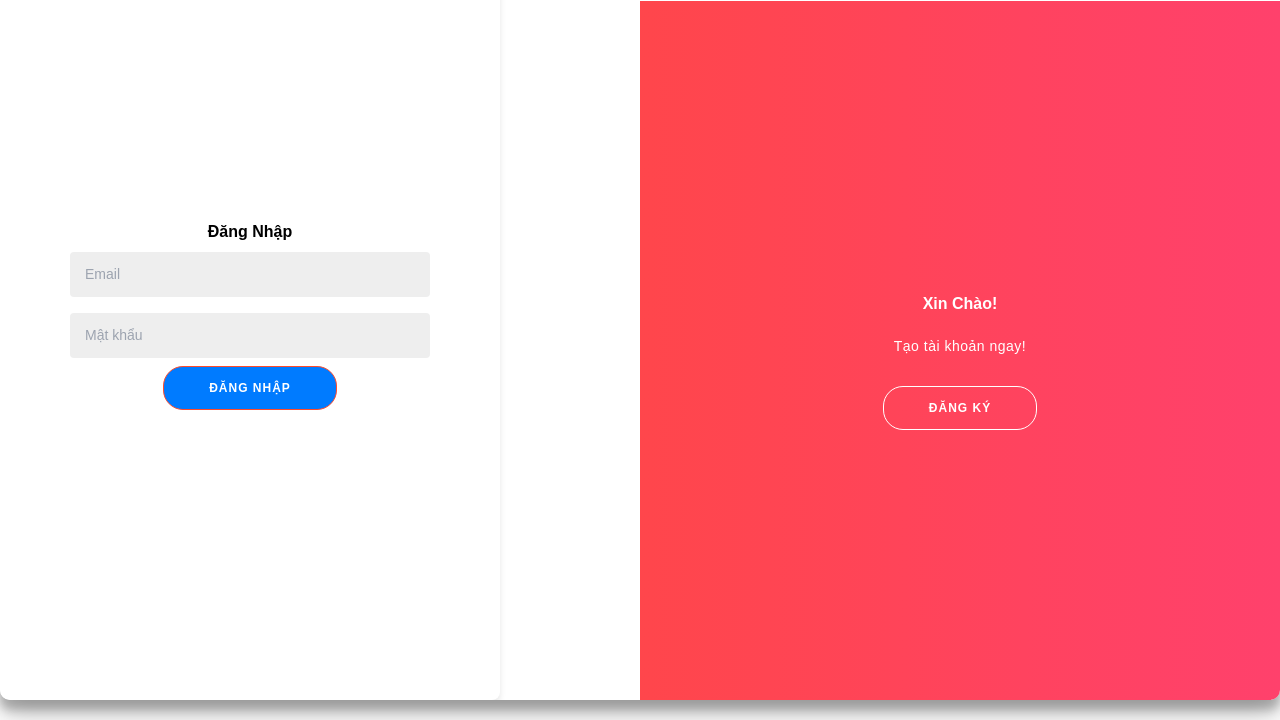
Repository: BlackWolf2002/project_airbn_react
Page: /login
These files come from the project's save history. The page is drawn as it stood at one moment and after the next save; the edit follows.
The browser window is 1280 px wide. The pictures show the whole page.
The project was rebuilt for these pictures with package versions that can differ from the ones it lists, and the page was loaded fresh each time. Also part of the build but not shown: vite.config.js, src/api/apiService.js, src/style/Home.css, src/components/Navbar.jsx, src/style/Footer.css, src/components/Footer.jsx, src/components/Home.jsx, src/style/Admin.css and 18 more.

Above is the page before, as saved 2025-02-16 17:51:03.

After the next save:
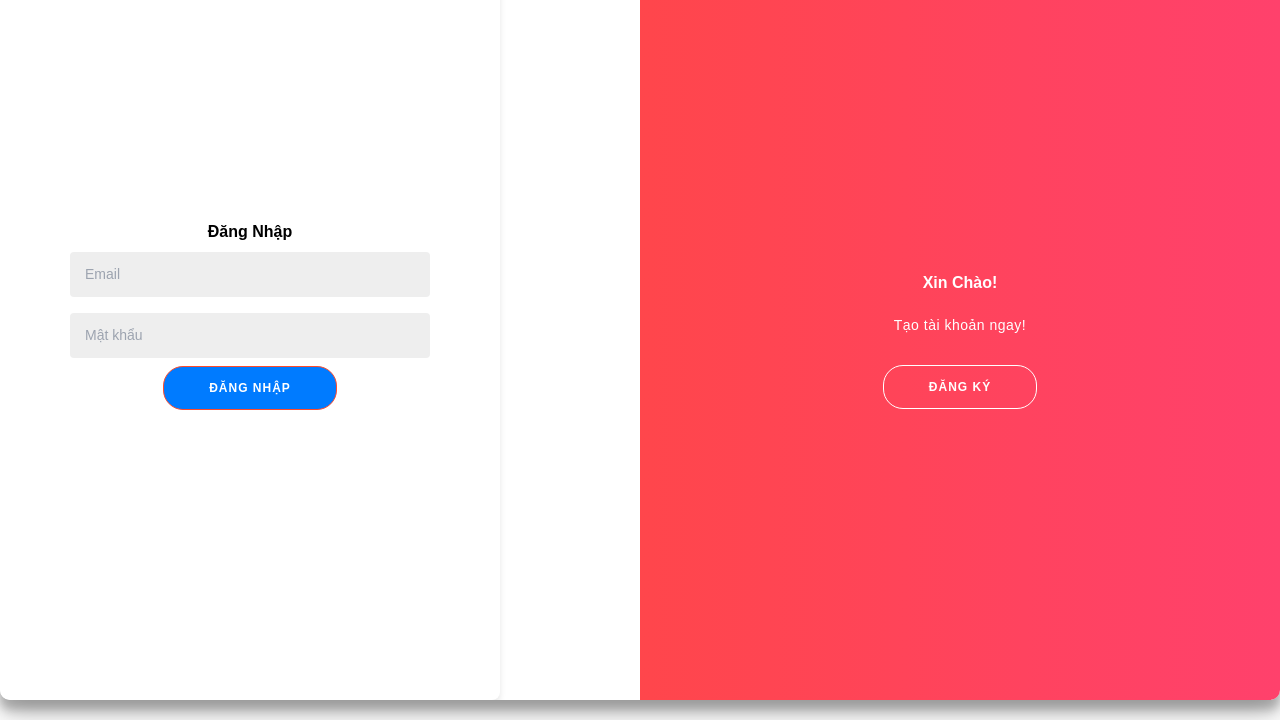
Saved 2 min 8 s later.
--- a/src/style/Login.css
+++ b/src/style/Login.css
@@ -97,31 +97,19 @@
     left: 0;
     width: 50%;
     opacity: 0;
+    transition: transform 0.6s ease-in-out, opacity 0.6s ease-in-out;
+    z-index: 1;
 }
 
 .container-login.right-panel-active .sign-up-container {
     transform: translateX(100%);
     opacity: 1;
     z-index: 5;
-    animation: show 0.6s;
-}
-
-@keyframes show {
-    0%,
-    49.99% {
-        opacity: 0;
-        z-index: 1;
-    }
-    50%,
-    100% {
-        opacity: 1;
-        z-index: 5;
-    }
 }
 
 .overlay-container {
     position: absolute;
-    top: 21px;
+    top: 0;
     left: 50%;
     width: 50%;
     height: 100%;
